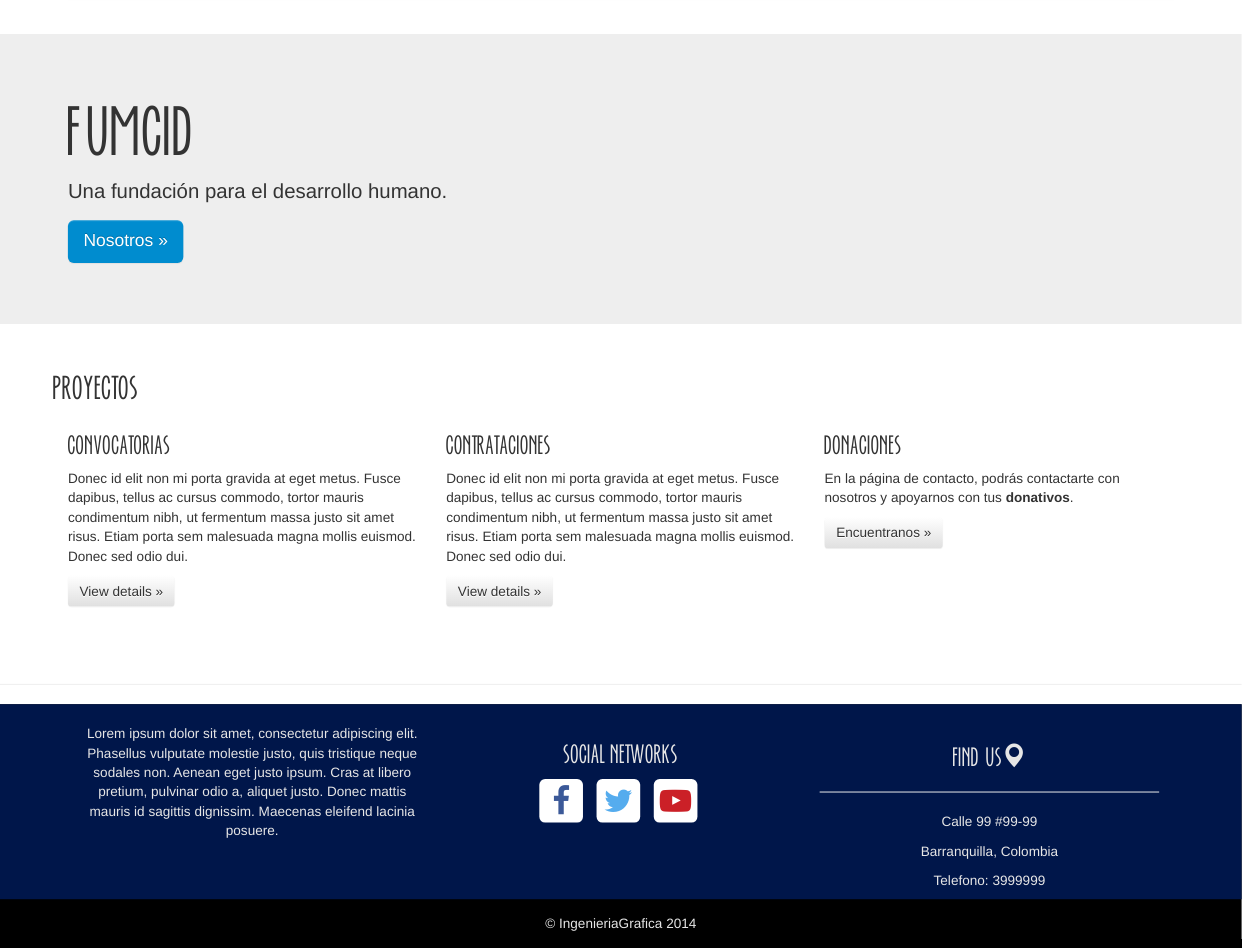
Repository: aarguelles93/Prototipo-portal-FUMCID
Page: http://localhost/contrataciones.php
The author's editor kept a record of every edit. The page is drawn from the files as they stood at one moment, then again after the next edit.
The browser window is 1280 px wide. The pictures show the part of the page from y = 866 to 1843 px (the page is 1843 px tall before and 1514 px after), at 97% of full size.
Some web libraries are served in a nearby version. The page is run by PHP 8.4 with error messages shown; the project is at /var/www/html/.

Above is the page before.

After the next edit:
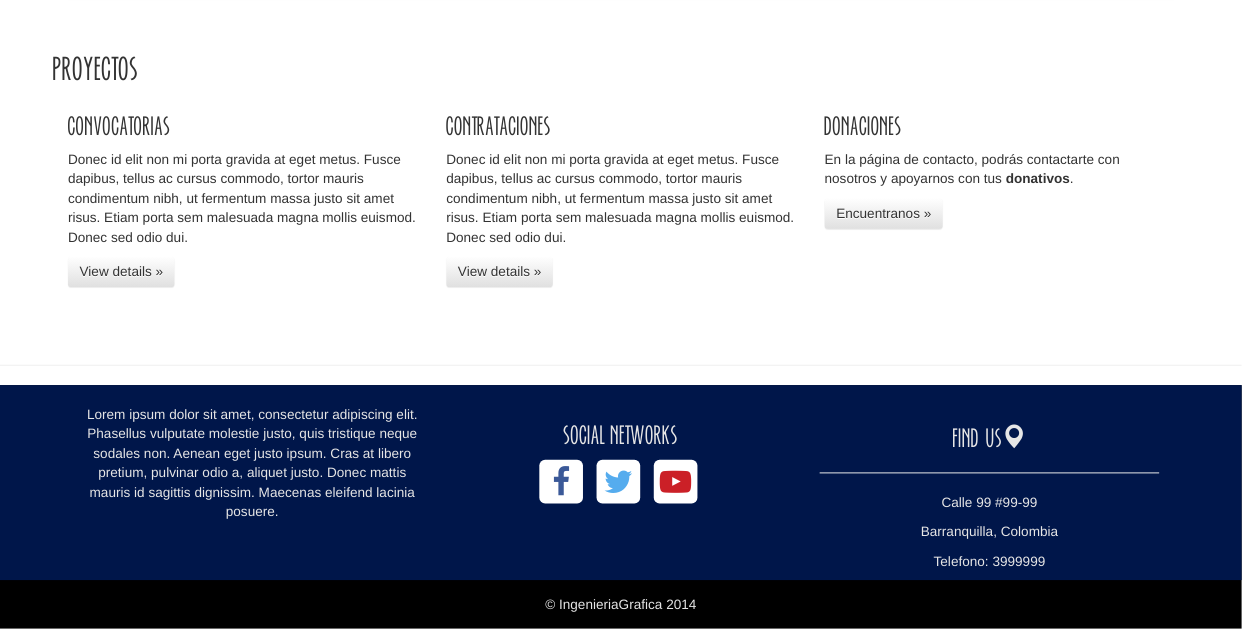
The edit:
--- a/contrataciones.php
+++ b/contrataciones.php
@@ -23,14 +23,7 @@
 
     </div>
 
-    <!-- Main jumbotron for a primary marketing message or call to action -->
-    <div class="jumbotron">
-      <div class="container">
-        <h1>FUMCID</h1>
-        <p>Una fundación para el desarrollo humano.</p>
-        <p><a class="btn btn-primary btn-lg" role="button" href="/nosotros.html">Nosotros &raquo;</a></p>
-      </div>
-    </div>
+
 
     <div class="container container-padded">
       <!-- Example row of columns -->
